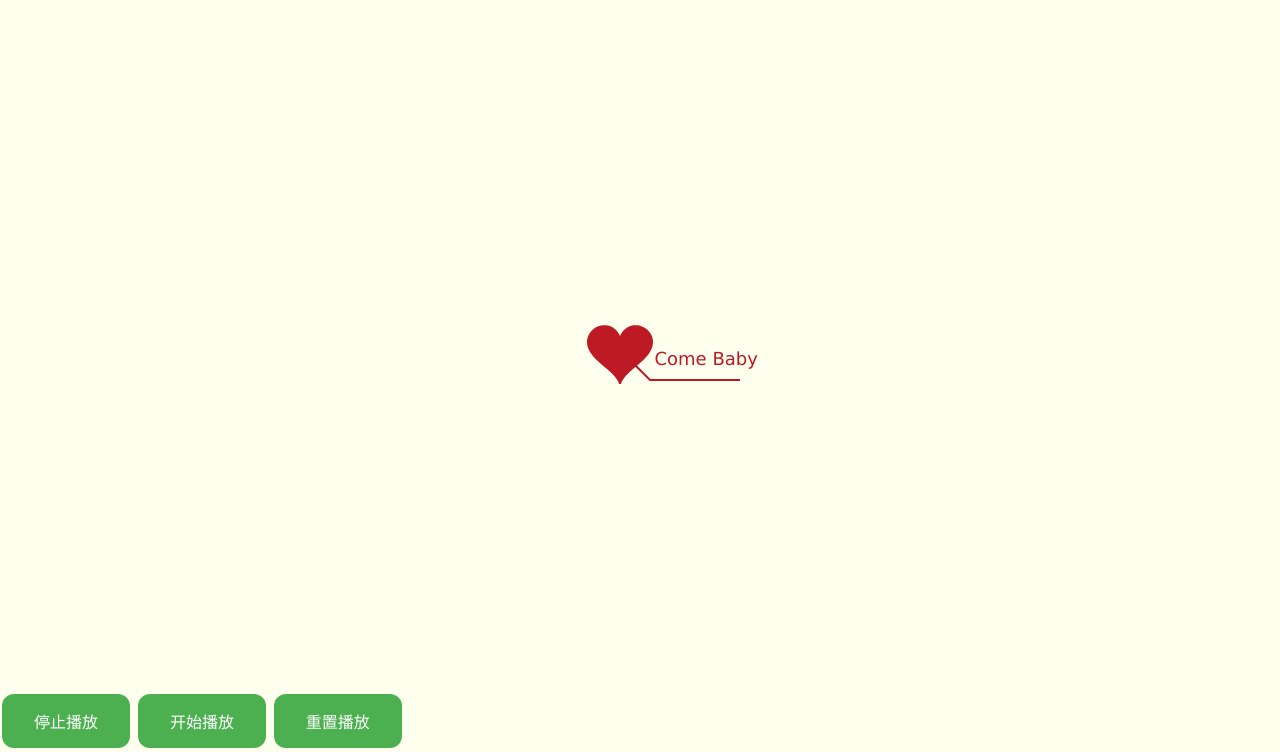
Repository: FuchangXu/FuchangXu.github.io
Page: index.html
The author's editor kept a copy of each file at every save. The page is drawn from the files as they stood at one save, then again after the next save.
The browser window is 1280 px wide. The pictures show the whole page.

Above is the page before, as saved 2024-08-22 17:15:00.

After the next save:
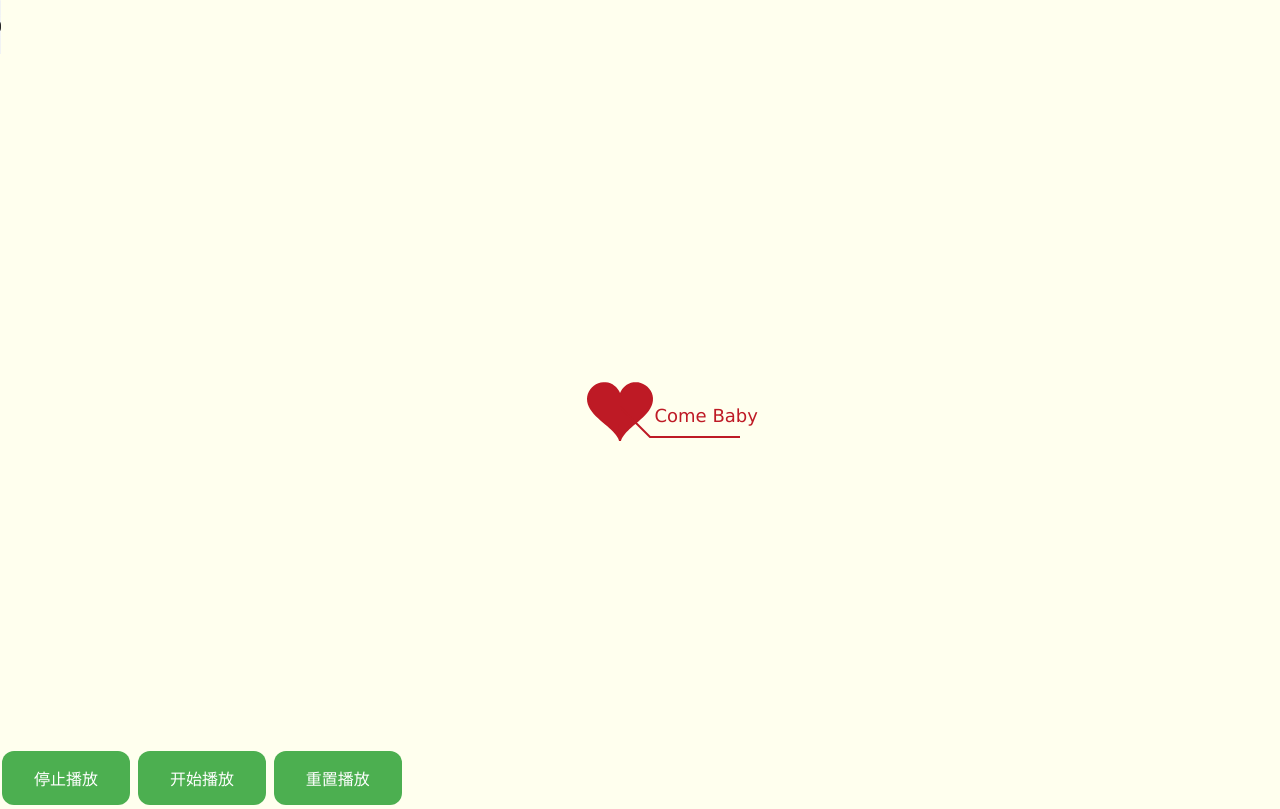
Saved 2 min 47 s later.
--- a/index.html
+++ b/index.html
@@ -18,6 +18,11 @@
         </style>
 </head>
     <body>
+        <audio controls autoplay>
+
+                    <audio src="2661264151.mp3" id="dd" autoplay="autoplay" controls="controls" loop="loop"></audio>
+
+			</audio>
         <div id="main">
             <div id="error">本页面采用HTML5编辑，目前您的浏览器无法显示，请换成谷歌(<a href="http://www.google.cn/chrome/intl/zh-CN/landing_chrome.html?hl=zh-CN&brand=CHMI">Chrome</a>)或者火狐(<a href="http://firefox.com.cn/download/">Firefox</a>)浏览器，或者其他游览器的最新版本。</div>
 <div id="wrap">
@@ -47,9 +52,6 @@
 
         </div>
 
-    <script>
-    </script>
-
 <button onclick="dt()" class="btn">停止播放</button>
 <button onclick="st()" class="btn">开始播放</button>
 <button onclick="rs()" class="btn">重置播放</button>
@@ -92,7 +94,6 @@
     }
 </script>
 
-</script>
 
     <script>
     (function(){
